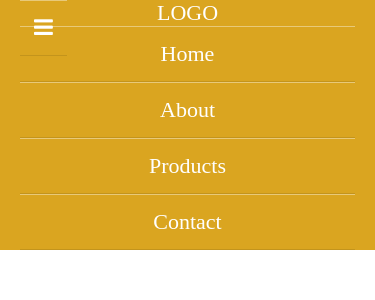
Repository: albayrakfatih/Flex-Navbar
Page: navbar-w-flexbox.html
The author's editor kept a copy of each file at every save. The page is drawn from the files as they stood at one save, then again after a run of saves.
The browser window is 375 px wide. The pictures show the whole page.

Above is the page before, as saved 2023-05-09 20:21:23.

After the next 4 saves:
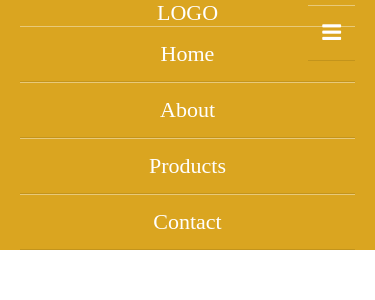
The 4 saves are shown as one change because they came seconds apart.
The last was saved 9 s later.
--- a/styles.css
+++ b/styles.css
@@ -52,8 +52,8 @@ nav a{
     .navigation li:last-child{
         display: block;
         position: absolute;
-        top: 0;
-        right: 20
+        top: 5px;
+        right: 20px;
     }
 
 }
